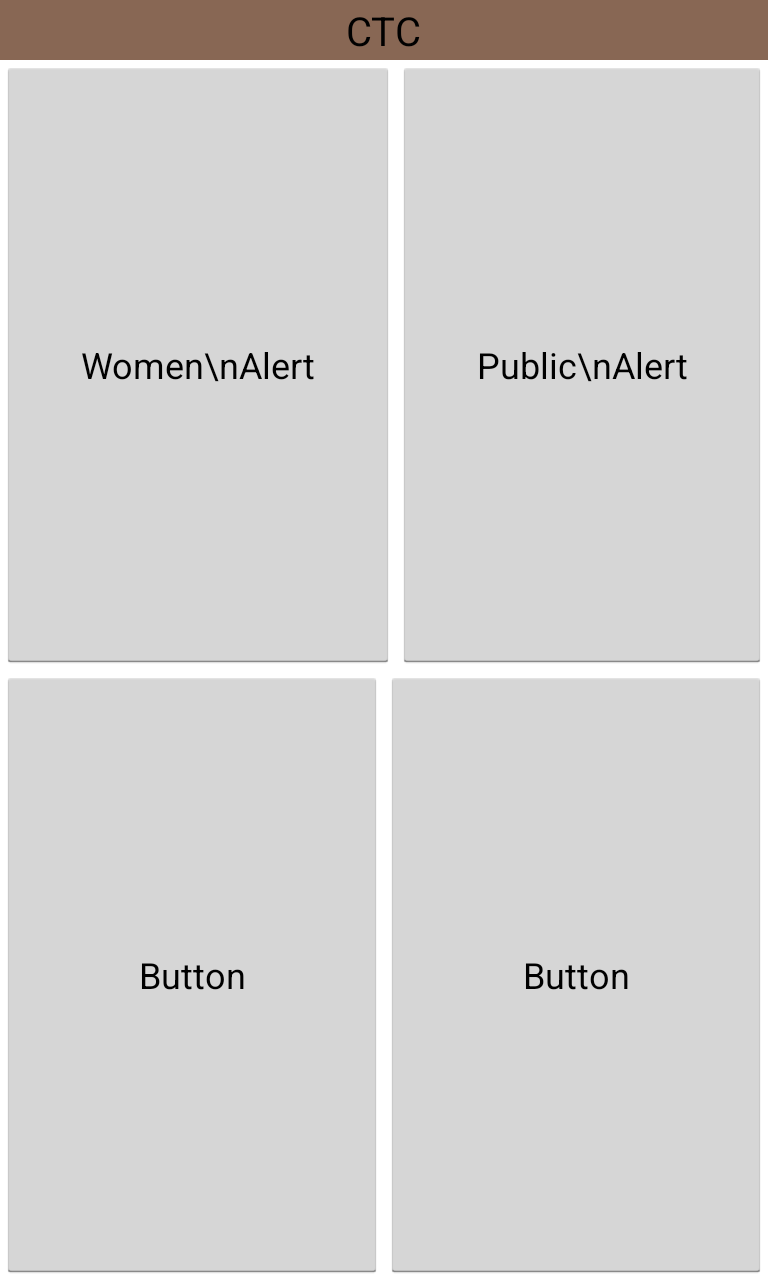
Repository: nilasissen/CTC
Layout: dev/CTC/res/layout/activity_helpdesk.xml
The author's editor kept a copy of each file at every save. The layout is drawn from the files as they stood at one save, then again after the next save.
It is drawn on a 768 x 1280 px phone screen (xhdpi) without system bars, with theme AppTheme; the app's code is not run.

Above is the layout before, as saved 2015-02-08 14:34:43.

After the next save:
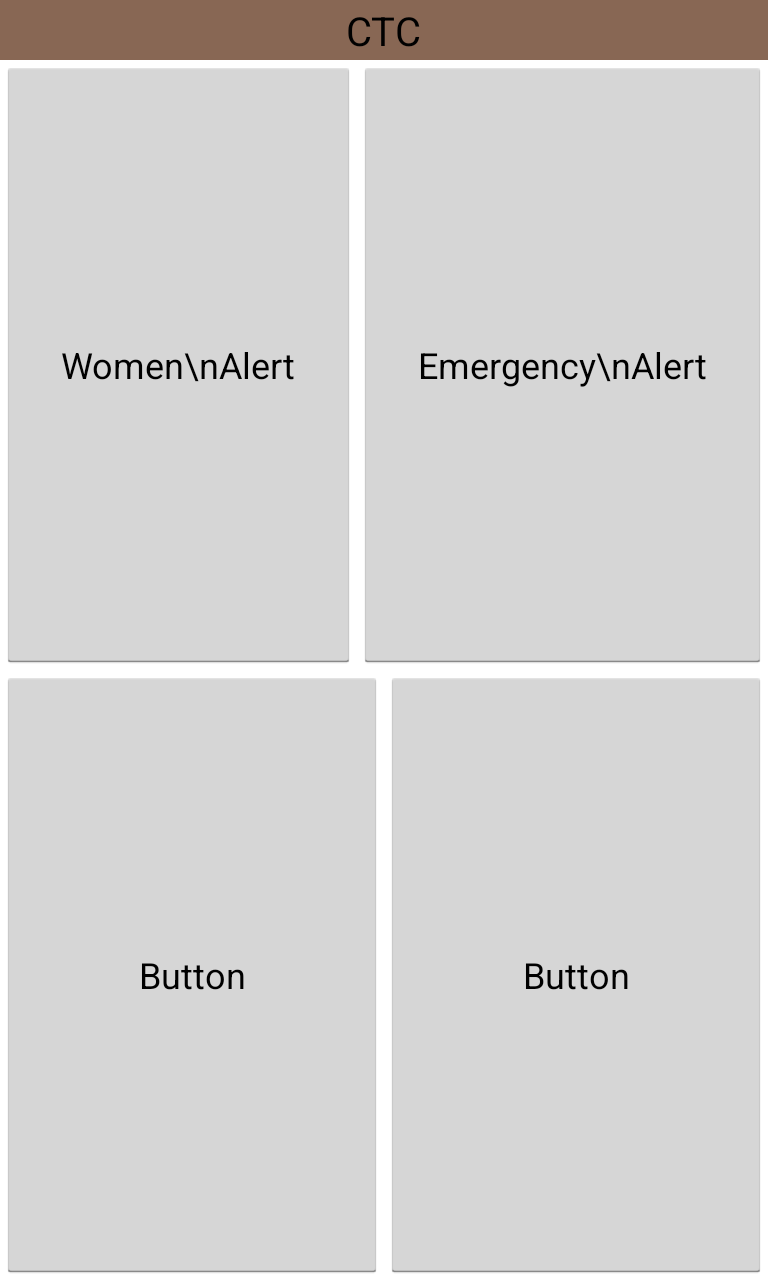
Saved 61 s later.
--- a/dev/CTC/res/layout/activity_helpdesk.xml
+++ b/dev/CTC/res/layout/activity_helpdesk.xml
@@ -50,11 +50,11 @@
                     android:text="Women\nAlert" />
 
                 <Button
-                    android:id="@+id/publicalert"
+                    android:id="@+id/emergencyalert"
                     android:layout_width="wrap_content"
                     android:layout_height="fill_parent"
                     android:layout_weight="1"
-                    android:text="Public\nAlert" />
+                    android:text="Emergency\nAlert" />
             </LinearLayout>
 
             <LinearLayout
